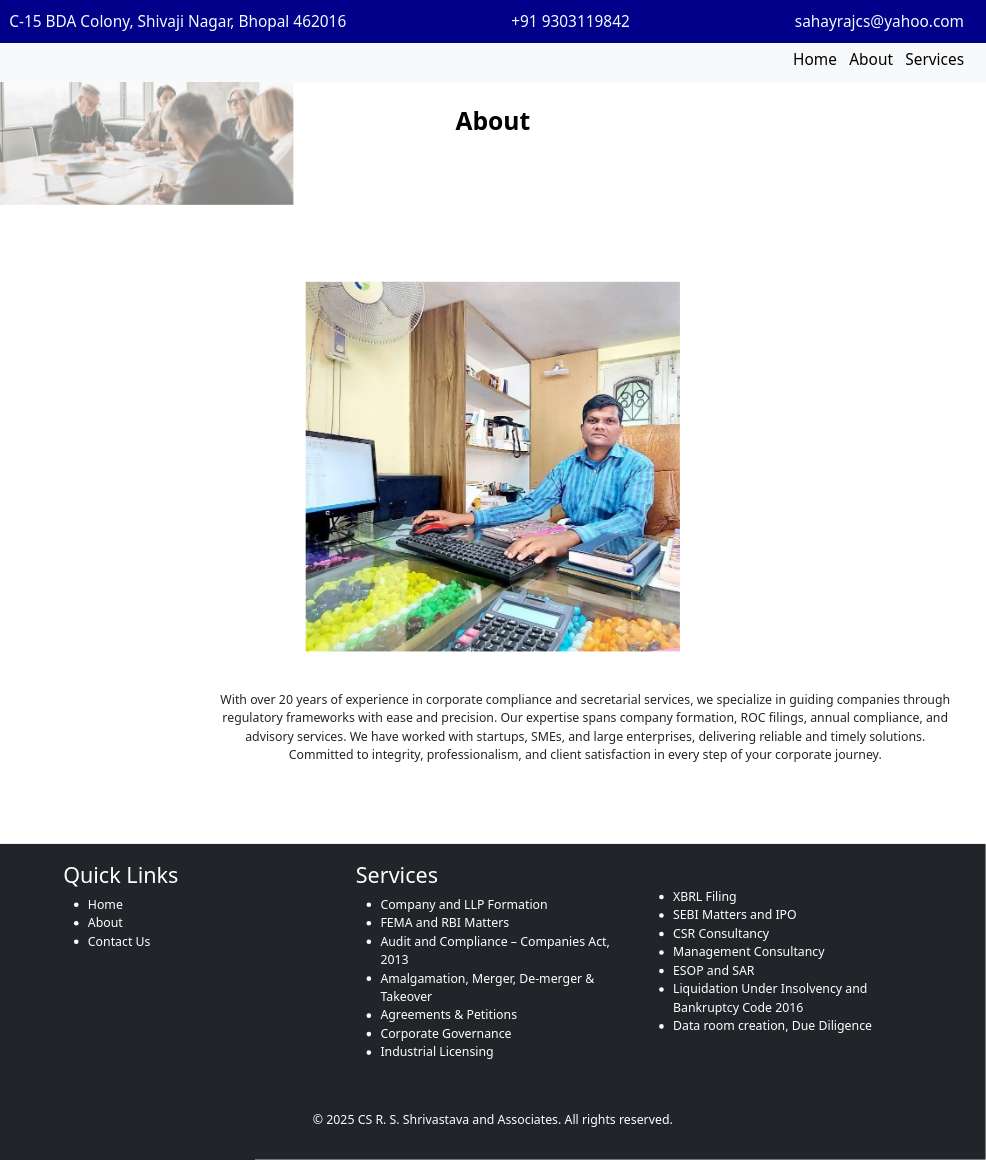
Repository: aayushiss/CS-RSS
Page: about.html
An editor plug-in stored every save of this project. The page is shown before and after the next save, followed by the edit.
The browser window is 1280 px wide. The pictures show the whole page, at 77% of full size.

Above is the page before, as saved 2025-05-16 20:59:33.

### about.html
<!DOCTYPE html>
<html lang="en">

<head>
    <meta charset="UTF-8">
    <meta name="viewport" content="width=device-width, initial-scale=1.0">
    <title>R. S. Shrivastava</title>
    <link href="https://cdn.jsdelivr.net/npm/bootstrap@5.3.3/dist/css/bootstrap.min.css" rel="stylesheet"
        integrity="sha384-QWTKZyjpPEjISv5WaRU9OFeRpok6YctnYmDr5pNlyT2bRjXh0JMhjY6hW+ALEwIH" crossorigin="anonymous">
    <link rel="stylesheet" type="text/css" href="style.css">
</head>

<body>
    <nav class="navbar fixed-top custom-navbar">
        <div class="container-fluid d-flex justify-content-between">
            <a class="navbar-brand"
                href="https://www.google.com/maps/place/R+S+SHRIVASTAVA+%26+ASSOCIATES/@23.2288499,77.4244091,17z/data=!3m1!4b1!4m6!3m5!1s0x397c425fada83073:0xcb1e8ba90a487f4e!8m2!3d23.228845!4d77.426984!16s%2Fg%2F1td0r8v9?entry=ttu&g_ep=EgoyMDI1MDUxMi4wIKXMDSoASAFQAw%3D%3D"
                target="_blank">C-15 BDA Colony, Shivaji Nagar, Bhopal 462016</a>
            <a class="navbar-brand" href="" tel:+919303119842"">+91 9303119842</a>
            <a class="navbar-brand" href="mailto:sahayrajcs@yahoo.com">sahayrajcs@yahoo.com</a>
        </div>
    </nav>
    <div class="navbar-space"></div>

    <nav class="navbar sticky-top second-navbar bg-light">
        <div class="container-fluid d-flex justify-content-end">
            <a class="navbar-brand" href="index.html">Home</a>
            <a class="navbar-brand" href="about.html">About</a>
            <a class="navbar-brand" href="services.html">Services</a>
        </div>
    </nav>

    <div class="position-relative" style="margin-bottom: 60px;" id="contact-section">
        <img src="images/haveAQuery.jpg" class="img-fluid" alt="..."
            style="opacity: .5; height: 10rem; width: fit-content;">
        <h2 class="position-absolute start-50 translate-middle-x text-black fw-bold" style="top: 20%;">
            About
        </h2>
    </div>
    <div class="col" style="padding: 40px;">
        <div class="text-center">
            <img src="images/AboutImage.jpeg" class="img-fluid" style="height: 30rem;">
            <p style="margin-top: 50px; margin-left: 15rem;">With over 20 years of experience in corporate compliance and secretarial
                services, we specialize in guiding companies through regulatory frameworks with ease and precision.
                Our expertise spans company formation, ROC filings, annual compliance, and advisory services.
                We have worked with startups, SMEs, and large enterprises, delivering reliable and timely solutions.
                Committed to integrity, professionalism, and client satisfaction in every step of your corporate
                journey.</p>
        </div>
    </div>

    <footer class="bg-dark text-white py-4 mt-5">
        <div class="container">
            <div class="row">
                <div class="col">
                    <h3>Quick Links</h3>
                    <ul class="footer-links">
                        <li><a href="index.html">Home</a></li>
                        <li><a href="about.html">About</a></li>
                        <li><a href="#contact-section">Contact Us</a></li>
                    </ul>
                </div>
                <div class="col">
                    <h3>Services</h3>
                    <ul class="footer-links">
                        <li><a href="index.html">Company and LLP Formation</a></li>
                        <li><a href="about.html">FEMA and RBI Matters</a></li>
                        <li><a href="#contact-section">Audit and Compliance – Companies Act, 2013</a></li>
                        <li><a href="hncjsd">Amalgamation, Merger, De-merger & Takeover</a></li>
                        <li><a href="hncjsd">Agreements & Petitions</a></li>
                        <li><a href="hncjsd">Corporate Governance</a></li>
                        <li><a href="hncjsd">Industrial Licensing</a></li>
                    </ul>
                </div>
                <div class="col" style="margin-top: 2rem;">
                    <ul class="footer-links">
                        <li><a href="hncjsd">XBRL Filing</a></li>
                        <li><a href="hncjsd">SEBI Matters and IPO</a></li>
                        <li><a href="hncjsd">CSR Consultancy</a></li>
                        <li><a href="hncjsd">Management Consultancy</a></li>
                        <li><a href="hncjsd">ESOP and SAR</a></li>
                        <li><a href="hncjsd">Liquidation Under
                                Insolvency and Bankruptcy Code 2016</a></li>
                        <li><a href="hncjsd">Data room creation, Due Diligence</a></li>
                    </ul>
                </div>
            </div>

        </div>
        <p class="text-center mt-5">&copy; 2025 CS R. S. Shrivastava and Associates. All rights reserved.</p>
    </footer>
</body>

</html>

### style.css
.custom-navbar {
    background-color: darkblue;
}

.custom-navbar .navbar-brand {
    color: azure;
}

.navbar-space {
    margin-top: 50px;
}

.second-navbar .navbar-brand {
    color: black;
}

.custom-card {
    height: 25vh;
}

.custom-card .card-img {
    height: 100%;
    object-fit: cover;
}

.container-fluid .card {
    padding: 10px;
}

.container-fluid .card-title {
    font-family: 'Times New Roman', Times, serif;
    font-weight: bold;
    font-size: xx-large;
}

.container-fluid .col-md-8 .card-title {
    font-family: 'Times New Roman', Times, serif;
    font-size: large;
}

.footer-links ul {
    list-style: none;
    text-decoration: none;
}

.footer-links a {
    color: white;
    text-decoration: none;
}

After the next save:
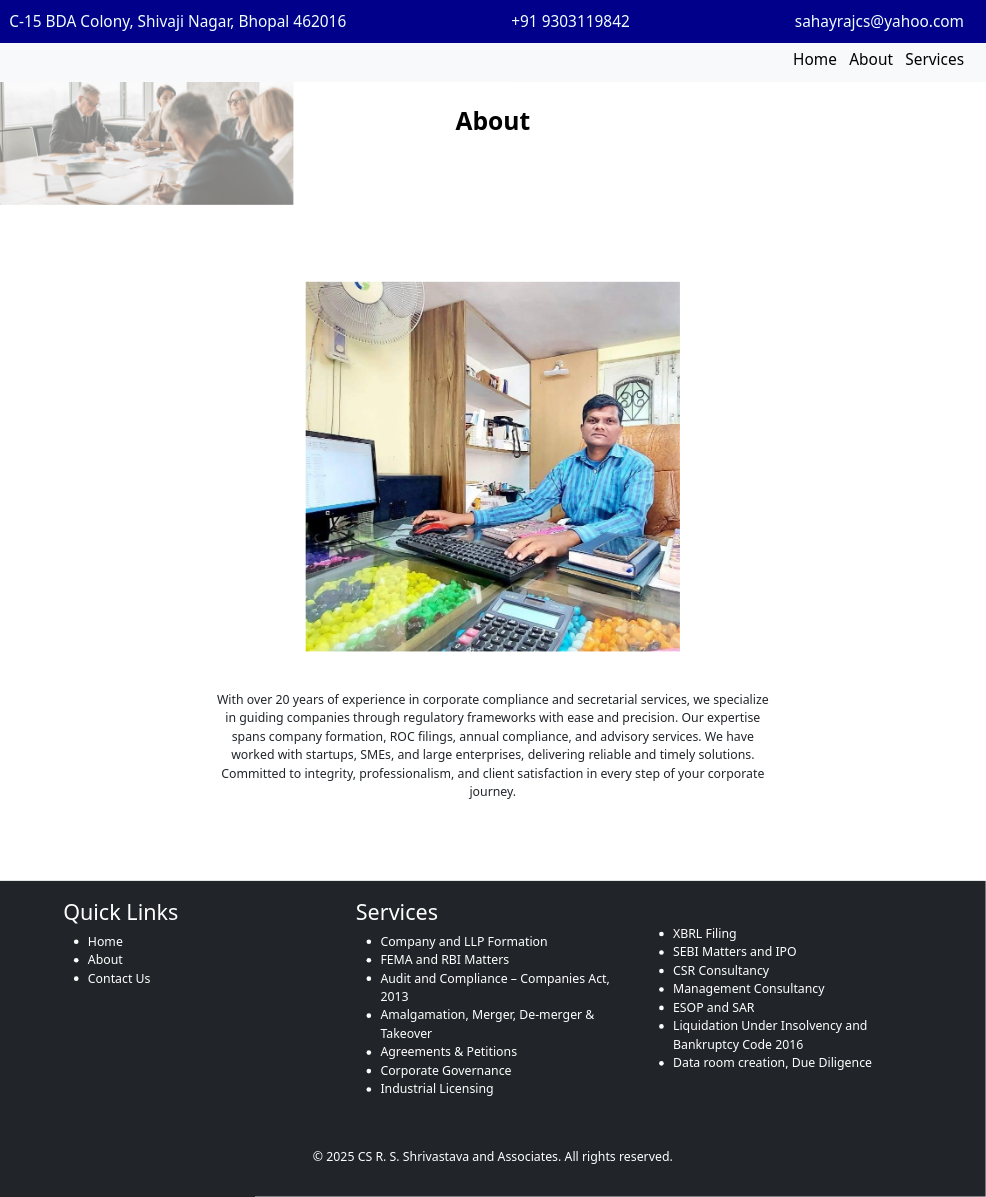
Saved 14 s later.
--- a/about.html
+++ b/about.html
@@ -40,7 +40,7 @@
     <div class="col" style="padding: 40px;">
         <div class="text-center">
             <img src="images/AboutImage.jpeg" class="img-fluid" style="height: 30rem;">
-            <p style="margin-top: 50px; margin-left: 15rem;">With over 20 years of experience in corporate compliance and secretarial
+            <p style="margin-top: 50px; margin-left: 15rem; margin-right: 15rem;">With over 20 years of experience in corporate compliance and secretarial
                 services, we specialize in guiding companies through regulatory frameworks with ease and precision.
                 Our expertise spans company formation, ROC filings, annual compliance, and advisory services.
                 We have worked with startups, SMEs, and large enterprises, delivering reliable and timely solutions.
